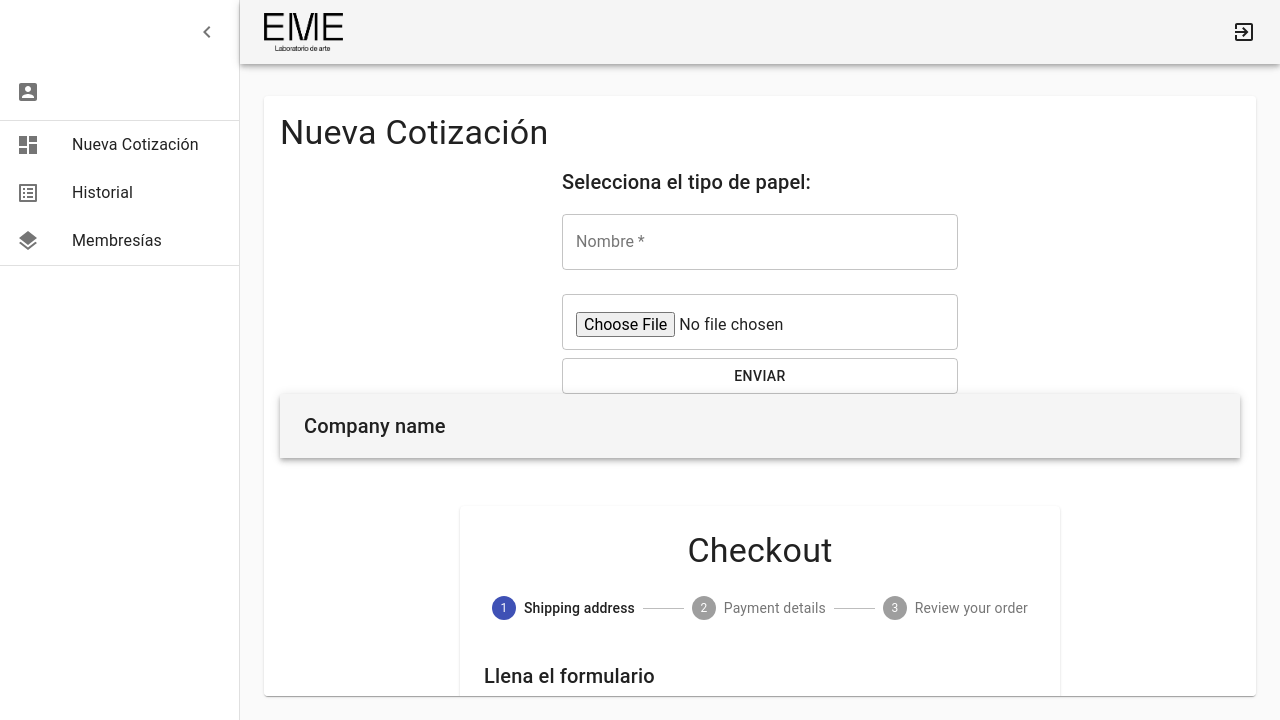
Repository: BrendaCarranco/eme-lab
Page: /Trabajo
The author's editor kept a copy of each file at every save. The page is drawn from the files as they stood at one save, then again after a run of saves.
The browser window is 1280 px wide. The pictures show the whole page.
An inner scrolling area shows only its first screen. Some web libraries are served in a nearby version. The project was rebuilt for these pictures with package versions that can differ from the ones it lists, and the page was loaded fresh each time. Also part of the build but not shown: src/components/buildingPage/Building.js, src/temaConfig.js, src/components/buildingPage/Landing.js, src/components/login/Reset.js, src/components/Dashboard/Historial.js, src/components/Dashboard/Membresias.js, src/components/Dashboard/SizeForm.js, src/components/Dashboard/Review.js and 6 more.

Above is the page before, as saved 2020-08-30 19:19:35.

### public/index.html
<!DOCTYPE html>
<html lang="en">

<head>
  <meta charset="utf-8" />

  <meta name="viewport" content="width=device-width, initial-scale=1" />
  <meta name="theme-color" content="#000000" />
  <meta name="description" content="Web site created using create-react-app" />
  <link rel="icon" type="image/png" href="/eme-icon.png">


  </style>

  <!--
      manifest.json provides metadata used when your web app is installed on a
      user's mobile device or desktop. See https://developers.google.com/web/fundamentals/web-app-manifest/
    -->
  <link rel="manifest" href="%PUBLIC_URL%/manifest.json" />
  <!-- CSS only -->
  <link rel="stylesheet" href="https://stackpath.bootstrapcdn.com/bootstrap/4.5.2/css/bootstrap.min.css"
    integrity="sha384-JcKb8q3iqJ61gNV9KGb8thSsNjpSL0n8PARn9HuZOnIxN0hoP+VmmDGMN5t9UJ0Z" crossorigin="anonymous">

  <!--
      Notice the use of %PUBLIC_URL% in the tags above.
      It will be replaced with the URL of the `public` folder during the build.
      Only files inside the `public` folder can be referenced from the HTML.

      Unlike "/favicon.ico" or "favicon.ico", "%PUBLIC_URL%/favicon.ico" will
      work correctly both with client-side routing and a non-root public URL.
      Learn how to configure a non-root public URL by running `npm run build`.
    -->
  <title>EME Laboratorio de arte</title>
</head>

<body>
  <noscript>You need to enable JavaScript to run this app.</noscript>
  <div id="root"></div>
  <!--
      This HTML file is a template.
      If you open it directly in the browser, you will see an empty page.

      You can add webfonts, meta tags, or analytics to this file.
      The build step will place the bundled scripts into the <body> tag.

      To begin the development, run `npm start` or `yarn start`.
      To create a production bundle, use `npm run build` or `yarn build`.
    -->
  <!-- Compiled and minified JavaScript -->

  <script src="https://code.jquery.com/jquery-3.2.1.slim.min.js"
    integrity="sha384-KJ3o2DKtIkvYIK3UENzmM7KCkRr/rE9/Qpg6aAZGJwFDMVNA/GpGFF93hXpG5KkN"
    crossorigin="anonymous"></script>
  <script src="https://cdnjs.cloudflare.com/ajax/libs/popper.js/1.12.9/umd/popper.min.js"
    integrity="sha384-ApNbgh9B+Y1QKtv3Rn7W3mgPxhU9K/ScQsAP7hUibX39j7fakFPskvXusvfa0b4Q"
    crossorigin="anonymous"></script>
  <script src="https://maxcdn.bootstrapcdn.com/bootstrap/4.0.0/js/bootstrap.min.js"
    integrity="sha384-JZR6Spejh4U02d8jOt6vLEHfe/JQGiRRSQQxSfFWpi1MquVdAyjUar5+76PVCmYl"
    crossorigin="anonymous"></script>
</body>

</html>

### src/App.js
import React, { useEffect, useState, useContext } from 'react';
import { BrowserRouter, Switch, Route } from 'react-router-dom';
import { firebase } from './firebase';
import Building from './components/buildingPage/Building';
import Landing from './components/buildingPage/Landing';
import Reset from './components/login/Reset';
import Dashboard from './components/Dashboard/Dashboard';
import SignInSide from './components/login/SignInSide';
import Admin from './components/admin/Admin';

import { UserContext } from './context/UserProvider';
import NoMember from './components/Dashboard/NoMember';

function App() {

  const [firebaseUser, setFirebaseUser] = useState(null);
  const [fbName, setFbName] = useState('');
  const [fbMail, setFbMail] = useState('');
  const [usersFiles, setUsersFiles] = useState([]);


  const { userProvider } = useContext(UserContext);


  //Observador
  useEffect(() => {
    firebase.auth().onAuthStateChanged(user => {
      console.log(user);
      if (user) {
        setFbName(user.displayName);
        setFbMail(user.email);
        setFirebaseUser(user);
      } else {
        setFirebaseUser(null);
        return;
      }
    });
  }, [firebaseUser]);

  return (
    <BrowserRouter>
      <Switch>
        <Route exact path='/'>
          <Landing />
        </Route>
        {/*
        <Route path='/admin'>
          <Admin usersFiles={usersFiles} />
        </Route> */}

        <Route path='/dashboard'>

          {
            userProvider.role === 'Admin' && <Admin usersFiles={usersFiles} />
          }
          {
            userProvider.role === 'Miembro' && <Dashboard firebaseUser={firebaseUser} setUsersFiles={setUsersFiles} usersFiles={usersFiles} fbMail={fbMail} />
          }
          {
            userProvider.role === 'Invitado' && <NoMember />
          }



        </Route>

        <Route path='/signin'>
          <SignInSide />
        </Route>

        <Route path='/Admin'>
          <Admin />
        </Route>

        <Route path='/Trabajo'>
          <Dashboard />
        </Route>



      </Switch>
    </BrowserRouter>
  );
}

export default App;

### src/context/UserProvider.js
import React, { createContext, useEffect } from 'react';
import { useState } from 'react';
import { firebase } from '../firebase';

export const UserContext = createContext();

const UserProvider = (props) => {

    const dataInitialUser = {
        email: null,
        uid: null,
        role: 'Invitado',
        displayName: null
    };

    const [userProvider, setUserProvider] = useState(dataInitialUser);


    useEffect(() => {
        detectUser();
    }, []);

    const detectUser = () => {
        firebase.auth().onAuthStateChanged(user => {
            if (user) {
                console.log(user, 'user provider');
                user.getIdTokenResult()
                    .then(idTokenResult => {
                        console.log(idTokenResult, 'token');
                        if (!!idTokenResult.claims.Admin) {
                            console.log('es admin');
                            setUserProvider({
                                email: user.email,
                                uid: user.uid,
                                displayName: user.displayName,
                                role: 'Admin'

                            });
                        } else if (!!idTokenResult.claims.Member) {
                            console.log('es miembro');
                            setUserProvider({
                                email: user.email,
                                uid: user.uid,
                                displayName: user.displayName,
                                role: 'Miembro'
                            });
                        } else {
                            console.log('es invitado');
                            setUserProvider({
                                email: user.email,
                                uid: user.uid,
                                displayName: user.displayName,
                                role: 'Invitado'

                            });
                        }
                    }
                    );

            } else {
                console.log(user, 'user provider null');
            }
        });
    };

    const userRegister = async (email, password, name) => {
        try {
            const res = await firebase.auth().createUserWithEmailAndPassword(email, password);
            const collection = await firebase.firestore().collection('usuarios').doc(res.user.email).get();

            if (!collection.exists) {
                await firebase.firestore().collection('usuarios').doc(res.user.email).set({
                    email: res.user.email,
                    uid: res.user.uid,
                    role: 'Invitado',
                    displayName: name
                });
                let current = firebase.auth().currentUser;
                current.updateProfile({
                    displayName: name
                });

            }

        } catch (error) {
            console.log(error);
        }
        firebase.auth().signOut();
    };

    return (
        <UserContext.Provider value={{ userProvider, userRegister }} >
            {props.children}
        </UserContext.Provider>
    );
};

export default UserProvider;

### src/firebase.js
import firebase from 'firebase/app';
import 'firebase/auth';
import 'firebase/firestore';
import 'firebase/storage';
import 'firebase/functions';

const firebaseConfig = {
    apiKey: "AIzaSyB1b8DSEsphXC6iROi09Go8DnzwT9N6RYY",
    authDomain: "eme-lab.firebaseapp.com",
    databaseURL: "https://eme-lab.firebaseio.com",
    projectId: "eme-lab",
    storageBucket: "eme-lab.appspot.com",
    messagingSenderId: "906776180001",
    appId: "1:906776180001:web:939db4508539931fda3a60"
};
// Initialize Firebase
firebase.initializeApp(firebaseConfig);

export { firebase };

### src/components/Dashboard/Cotizacion.js
import React, { useState } from 'react';
import { firebase } from '../../firebase';
import moment from 'moment';
import 'moment/locale/es';

import Container from '@material-ui/core/Container';
import { makeStyles } from '@material-ui/core/styles';
import Typography from '@material-ui/core/Typography';
import Title from './Title';
import TextField from '@material-ui/core/TextField';
import Button from '@material-ui/core/Button';

const useStyles = makeStyles({
  depositContext: {
    flex: 1,
  },
});

const Cotizacion = ({ firebaseUser, setUsersFiles, usersFiles }) => {
  const [fileUrl, setFileUrl] = useState(null);
  const [input, setInput] = useState('');
  //const [usersFiles, setUsersFiles] = useState([]);

  let time = Date.now();
  let timeFormat = moment(time).format('LLL');

  const handleChangeFile = async e => {
    const file = e.target.files[0];
    const storageRef = firebase.storage().ref('Cotizaciones').child(firebaseUser.email);
    const fileRef = storageRef.child(file.name);
    await fileRef.put(file);
    setFileUrl(await fileRef.getDownloadURL());
  };

  const handleSubmit = e => {
    e.preventDefault();
    //console.log('submit');

    const username = e.target.username.value;
    setInput(username);
    if (!username) {
      return;
    }

    const newUserFile = {
      name: username,
      fileLink: fileUrl,
      date: timeFormat,
      email: firebaseUser.email,
      user: firebaseUser.displayName,
      status: 'Pendiente'
    };
    //esta sube la imegen
    firebase.firestore().collection('files').doc().set(newUserFile);
    setUsersFiles([
      ...usersFiles,
      { ...newUserFile }

    ]);
    setInput('');
    setFileUrl('');
    return alert('archivo subido');
  };

  /*   const emailUpdate = async () => {
      const a = await firebase.auth().onAuthStateChanged(function (user) {
        if (user) {
          setUserEmail(user.email);
          return;
          // User is signed in.
        } else {
          return;
        }
      });
    };
    emailUpdate();

    useEffect(() => {
      const fetchUsersFiles = async () => {
        const usersFilesCollection = await firebase.firestore().collection('files').where("email", "==", userEmail).get();
        setUsersFiles(usersFilesCollection.docs.map(doc => {
          return doc.data();
        }));
      };
      fetchUsersFiles();
    }, [setUsersFiles, userEmail]);

    console.log(usersFiles); */


  return (
    <React.Fragment>
      <Title>Nueva Cotización</Title>
      <Container maxWidth="xs">
        <Typography variant="h6" color="initial">
          Selecciona el tipo de papel:
       </Typography>
        <form onSubmit={handleSubmit}>
          <TextField
            variant="outlined"
            margin="normal"
            required
            fullWidth
            id="outlined-basic"
            label="Nombre"
            name='username'
            onChange={e => setInput(e.target.value)}
            value={input}

          />
          <TextField
            variant="outlined"
            margin="normal"
            required
            fullWidth
            id="outlined-basic"
            name='file'
            type='file'
            onChange={handleChangeFile}
          />
          <Button
            type="submit"
            fullWidth
            variant="outlined"
            color="default"
          >Enviar</Button>



        </form>
      </Container>
    </React.Fragment>


  );
};

export default Cotizacion;

### src/components/Dashboard/Checkout.js
import React from 'react';
import { makeStyles } from '@material-ui/core/styles';
import CssBaseline from '@material-ui/core/CssBaseline';
import AppBar from '@material-ui/core/AppBar';
import Toolbar from '@material-ui/core/Toolbar';
import Paper from '@material-ui/core/Paper';
import Stepper from '@material-ui/core/Stepper';
import Step from '@material-ui/core/Step';
import StepLabel from '@material-ui/core/StepLabel';
import Button from '@material-ui/core/Button';
import Link from '@material-ui/core/Link';
import Typography from '@material-ui/core/Typography';
import PaperForm from './PaperForm';
import SizeForm from './SizeForm';
import Review from './Review';

function Copyright() {
  return (
    <Typography variant="body2" color="textSecondary" align="center">
      {'Copyright © '}
      <Link color="inherit" href="https://material-ui.com/">
        Your Website
      </Link>{' '}
      {new Date().getFullYear()}
      {'.'}
    </Typography>
  );
}

const useStyles = makeStyles((theme) => ({
  appBar: {
    position: 'relative',
  },
  layout: {
    width: 'auto',
    marginLeft: theme.spacing(2),
    marginRight: theme.spacing(2),
    [theme.breakpoints.up(600 + theme.spacing(2) * 2)]: {
      width: 600,
      marginLeft: 'auto',
      marginRight: 'auto',
    },
  },
  paper: {
    marginTop: theme.spacing(3),
    marginBottom: theme.spacing(3),
    padding: theme.spacing(2),
    [theme.breakpoints.up(600 + theme.spacing(3) * 2)]: {
      marginTop: theme.spacing(6),
      marginBottom: theme.spacing(6),
      padding: theme.spacing(3),
    },
  },
  stepper: {
    padding: theme.spacing(3, 0, 5),
  },
  buttons: {
    display: 'flex',
    justifyContent: 'flex-end',
  },
  button: {
    marginTop: theme.spacing(3),
    marginLeft: theme.spacing(1),
  },
}));

const steps = ['Shipping address', 'Payment details', 'Review your order'];

function getStepContent(step) {
  switch (step) {
    case 0:
      return <PaperForm />;
    case 1:
      return <SizeForm />;
    case 2:
      return <Review />;
    default:
      throw new Error('Unknown step');
  }
}

export default function Checkout() {
  const classes = useStyles();
  const [activeStep, setActiveStep] = React.useState(0);

  const handleNext = () => {
    setActiveStep(activeStep + 1);
  };

  const handleBack = () => {
    setActiveStep(activeStep - 1);
  };

  return (
    <React.Fragment>
      <CssBaseline />
      <AppBar position="absolute" color="default" className={classes.appBar}>
        <Toolbar>
          <Typography variant="h6" color="inherit" noWrap>
            Company name
          </Typography>
        </Toolbar>
      </AppBar>
      <main className={classes.layout}>
        <Paper className={classes.paper}>
          <Typography component="h1" variant="h4" align="center">
            Checkout
          </Typography>
          <Stepper activeStep={activeStep} className={classes.stepper}>
            {steps.map((label) => (
              <Step key={label}>
                <StepLabel>{label}</StepLabel>
              </Step>
            ))}
          </Stepper>
          <React.Fragment>
            {activeStep === steps.length ? (
              <React.Fragment>
                <Typography variant="h5" gutterBottom>
                  Thank you for your order.
                </Typography>
                <Typography variant="subtitle1">
                  Your order number is #2001539. We have emailed your order confirmation, and will
                  send you an update when your order has shipped.
                </Typography>
              </React.Fragment>
            ) : (
              <React.Fragment>
                {getStepContent(activeStep)}
                <div className={classes.buttons}>
                  {activeStep !== 0 && (
                    <Button onClick={handleBack} className={classes.button}>
                      Back
                    </Button>
                  )}
                  <Button
                    variant="contained"
                    color="primary"
                    onClick={handleNext}
                    className={classes.button}
                  >
                    {activeStep === steps.length - 1 ? 'Place order' : 'Next'}
                  </Button>
                </div>
              </React.Fragment>
            )}
          </React.Fragment>
        </Paper>
        <Copyright />
      </main>
    </React.Fragment>
  );
}

### src/components/Dashboard/Title.js

import React from 'react';
import PropTypes from 'prop-types';
import Typography from '@material-ui/core/Typography';

export default function Title(props) {
  return (
    <Typography component="h2" variant="h4" color="default" gutterBottom>
      {props.children}
    </Typography>
  );
}

Title.propTypes = {
  children: PropTypes.node,
};

### src/components/Dashboard/PaperForm.js
import React, { useState }  from 'react';
import { firebase } from '../../firebase';
import moment from 'moment';
import 'moment/locale/es';

import Grid from '@material-ui/core/Grid';
import Typography from '@material-ui/core/Typography';
import TextField from '@material-ui/core/TextField';
import FormControlLabel from '@material-ui/core/FormControlLabel';
import Checkbox from '@material-ui/core/Checkbox';

export default function PaperForm({ firebaseUser, setUsersFiles, usersFiles }) {
    const [fileUrl, setFileUrl] = useState(null);
    const [input, setInput] = useState('');


    let time = Date.now();
    let timeFormat = moment(time).format('LLL');

    const handleChangeFile = async e => {
      const file = e.target.files[0];
      const storageRef = firebase.storage().ref('Cotizaciones').child(firebaseUser.email);
      const fileRef = storageRef.child(file.name);
      await fileRef.put(file);
      setFileUrl(await fileRef.getDownloadURL());
    };

    const handleSubmit = e => {
      e.preventDefault();
      //console.log('submit');

      const username = e.target.username.value;
      setInput(username);
      if (!username) {
        return;
      }

      const newUserFile = {
        name: username,
        fileLink: fileUrl,
        date: timeFormat,
        email: firebaseUser.email,
        user: firebaseUser.displayName,
        status: 'Pendiente'
      };
      //esta sube la imegen
      firebase.firestore().collection('files').doc().set(newUserFile);
      setUsersFiles([
        ...usersFiles,
        { ...newUserFile }

      ]);
      setInput('');
      setFileUrl('');
      return alert('archivo subido');
    };
  return (
    <React.Fragment>
      <Typography variant="h6" gutterBottom>
        Llena el formulario
      </Typography>
      <Grid container spacing={3}>
        <Grid item xs={12} sm={12}>
          <TextField
             variant="outlined"
             margin="normal"
             required
             fullWidth
             id="outlined-basic"
             label="Nombre"
             name='username'
             onChange={e => setInput(e.target.value)}
             value={input}
          />
           <TextField
            variant="outlined"
            margin="normal"
            required
            fullWidth
            id="outlined-basic"
            name='file'
            type='file'
            onChange={handleChangeFile}
          />
        </Grid>
        <Typography variant="h6" gutterBottom>
        Selecciona el tipo de papel.
      </Typography>
      <Grid item xs={12} sm={12}>

      </Grid>

      </Grid>
    </React.Fragment>
  );
}

Loaded but not shown: src/index.js (common file); src/index.css (common file); src/serviceWorker.js (common file); src/components/Dashboard/Dashboard.js (298 lines, source omitted)

After the next 2 saves:
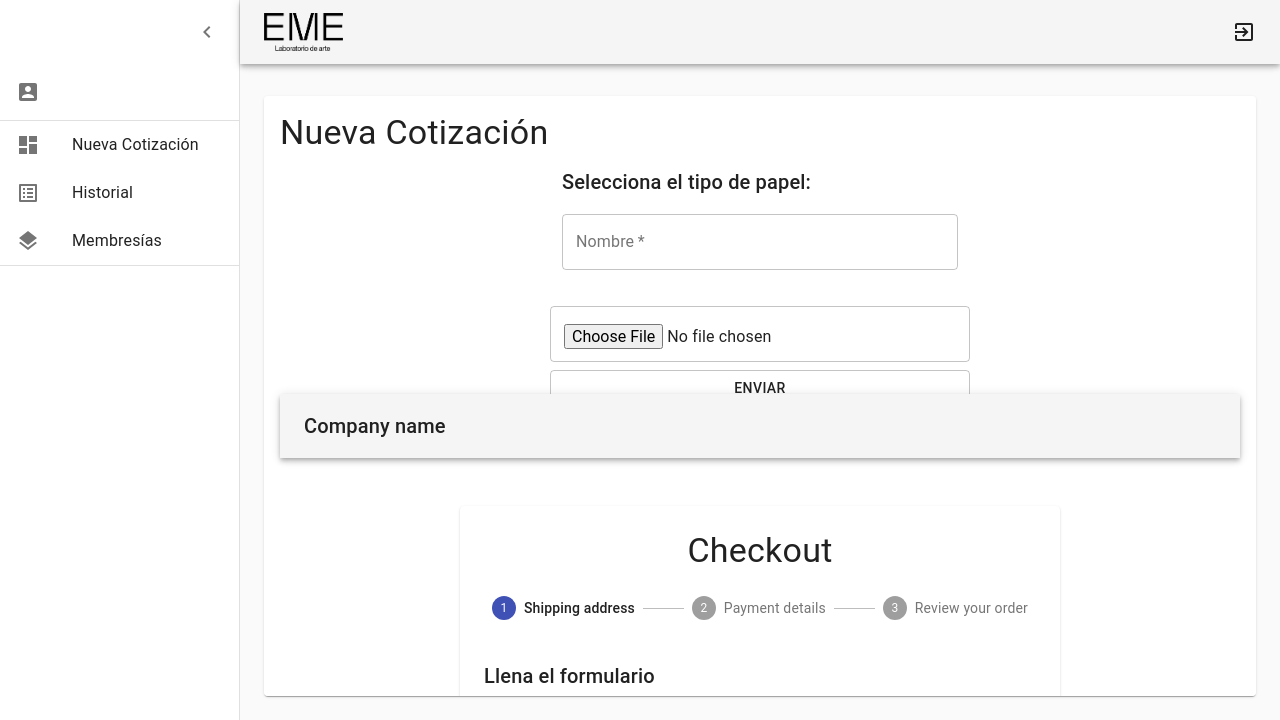
The 2 saves are shown as one change because 1 did not build or start.
The last was saved 2 min 26 s later.
--- a/src/components/Dashboard/Cotizacion.js
+++ b/src/components/Dashboard/Cotizacion.js
@@ -9,6 +9,7 @@ import Typography from '@material-ui/core/Typography';
 import Title from './Title';
 import TextField from '@material-ui/core/TextField';
 import Button from '@material-ui/core/Button';
+import Grid from '@material-ui/core/Grid';
 
 const useStyles = makeStyles({
   depositContext: {
@@ -96,6 +97,8 @@ const Cotizacion = ({ firebaseUser, setUsersFiles, usersFiles }) => {
           Selecciona el tipo de papel:
        </Typography>
         <form onSubmit={handleSubmit}>
+        <Grid container spacing={3}>
+        <Grid item xs={12} sm={12}>
           <TextField
             variant="outlined"
             margin="normal"
@@ -108,6 +111,7 @@ const Cotizacion = ({ firebaseUser, setUsersFiles, usersFiles }) => {
             value={input}
 
           />
+          </Grid>
           <TextField
             variant="outlined"
             margin="normal"
@@ -126,7 +130,7 @@ const Cotizacion = ({ firebaseUser, setUsersFiles, usersFiles }) => {
           >Enviar</Button>
 
 
-
+          </Grid>
         </form>
       </Container>
     </React.Fragment>
